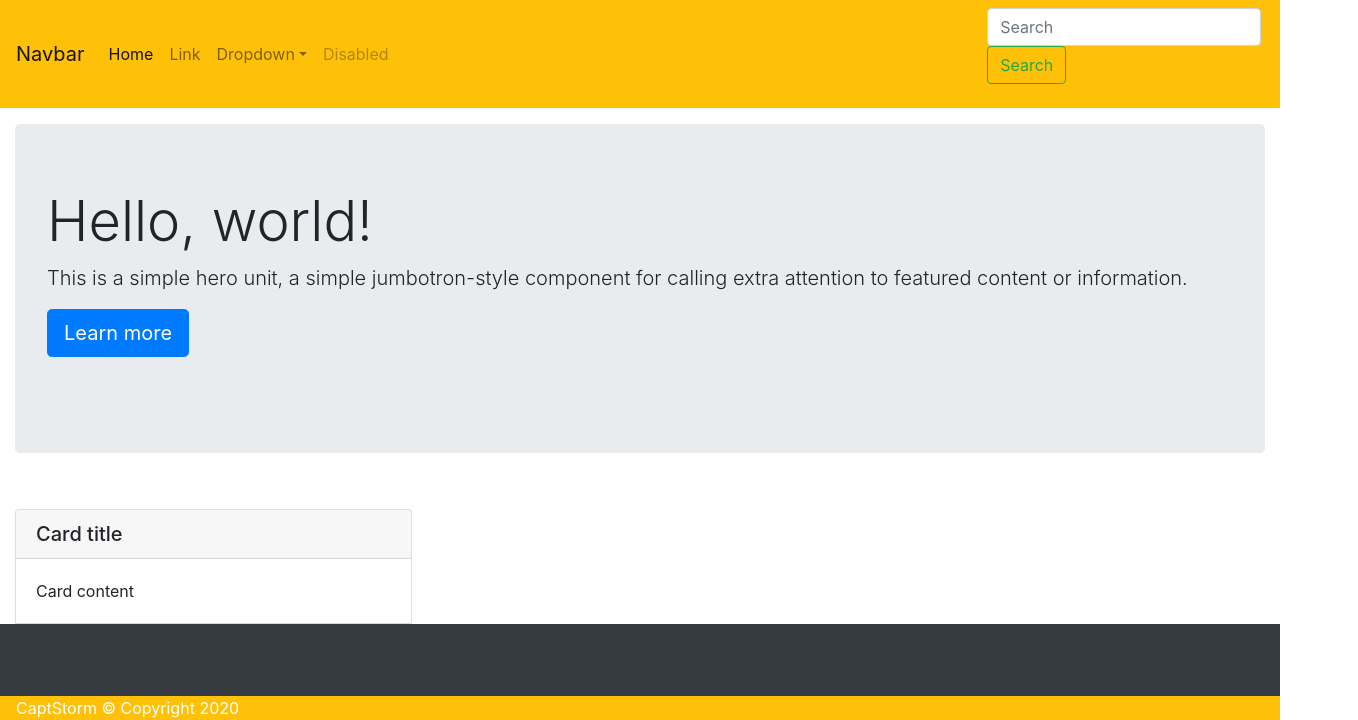
Repository: CaptainStorm21/complete-react16-bootstrap-passing-props
Page: /
The author's editor kept a copy of each file at every save. The page is drawn from the files as they stood at one save, then again after a run of saves.
The browser window is 1280 px wide. The page is 1280 px wide, then 1358 px, then 1280 px, so the pictures cover 1358 px, including what lies to the right of the window. The pictures show the whole page.
The project was rebuilt for these pictures with package versions that can differ from the ones it lists, and the page was loaded fresh each time.

Above is the page before, as saved 2020-04-23 14:28:09.

After the next 2 saves:
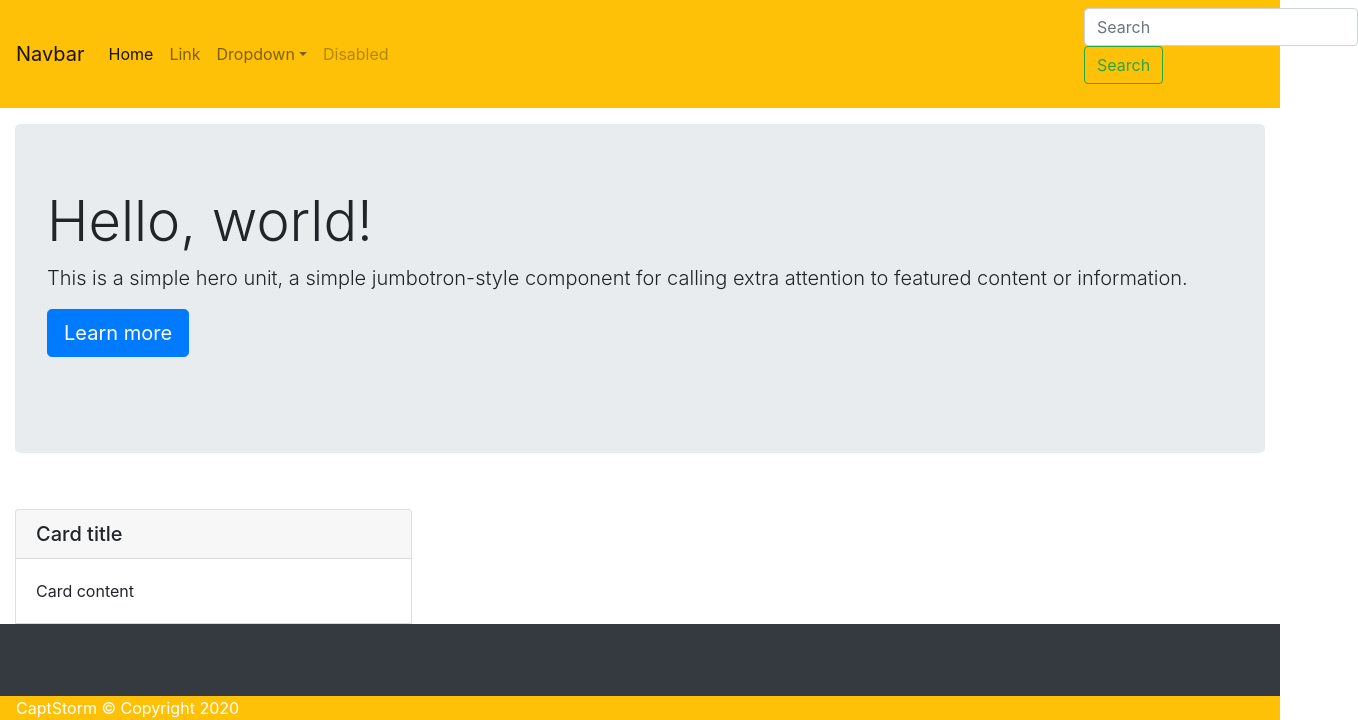
The 2 saves are shown as one change because they came seconds apart.
The last was saved 11 s later.
--- a/src/components/layout/Navbar.js
+++ b/src/components/layout/Navbar.js
@@ -32,7 +32,7 @@
               <a className="nav-link disabled" href="/">Disabled</a>
             </li>
           </ul>
-          <div className="input-group mb-3 col-3 float-right">
+          <div className="input-group mb-3 col-2 float-right">
   <div className="input-group-append">
           <form className="form-inline ">
             <input className="form-control " type="search" placeholder="Search" aria-label="Search" />

After the save that followed:
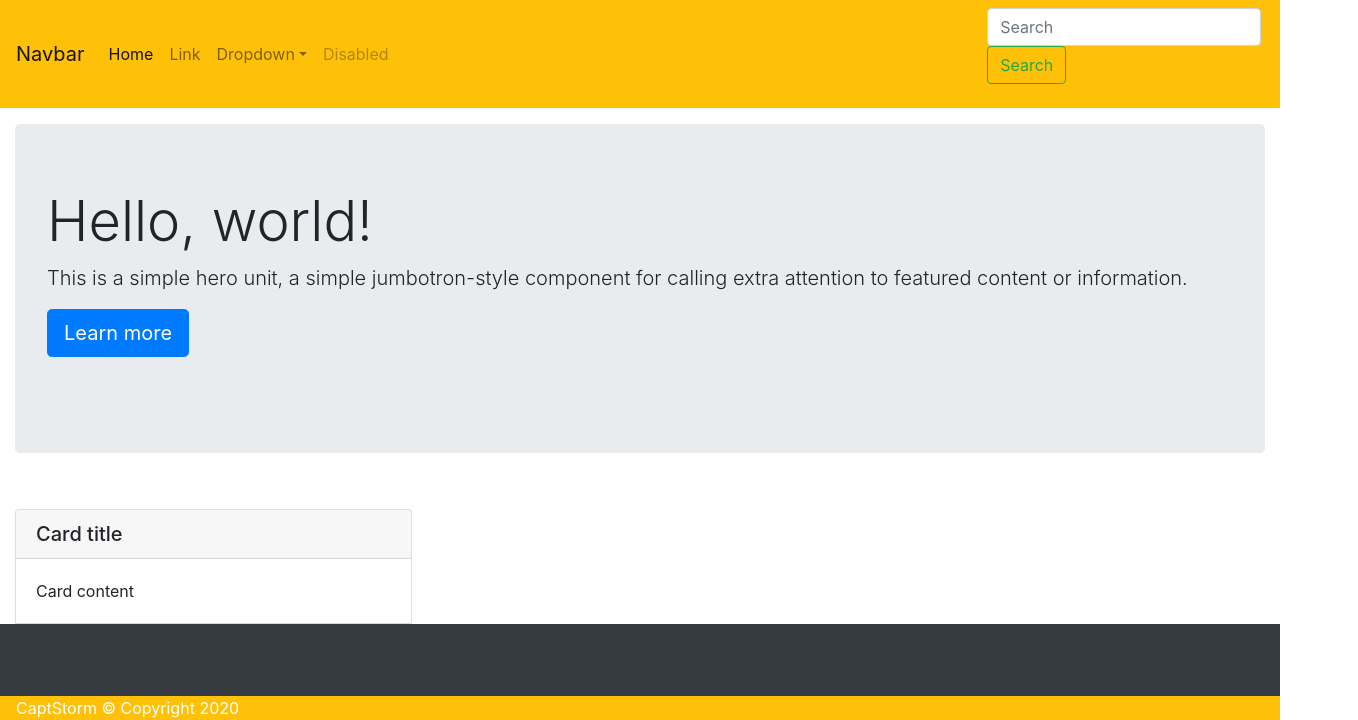
Saved 4 s later.
--- a/src/components/layout/Navbar.js
+++ b/src/components/layout/Navbar.js
@@ -32,7 +32,7 @@
               <a className="nav-link disabled" href="/">Disabled</a>
             </li>
           </ul>
-          <div className="input-group mb-3 col-2 float-right">
+          <div className="input-group mb-3 col-3 float-right">
   <div className="input-group-append">
           <form className="form-inline ">
             <input className="form-control " type="search" placeholder="Search" aria-label="Search" />
